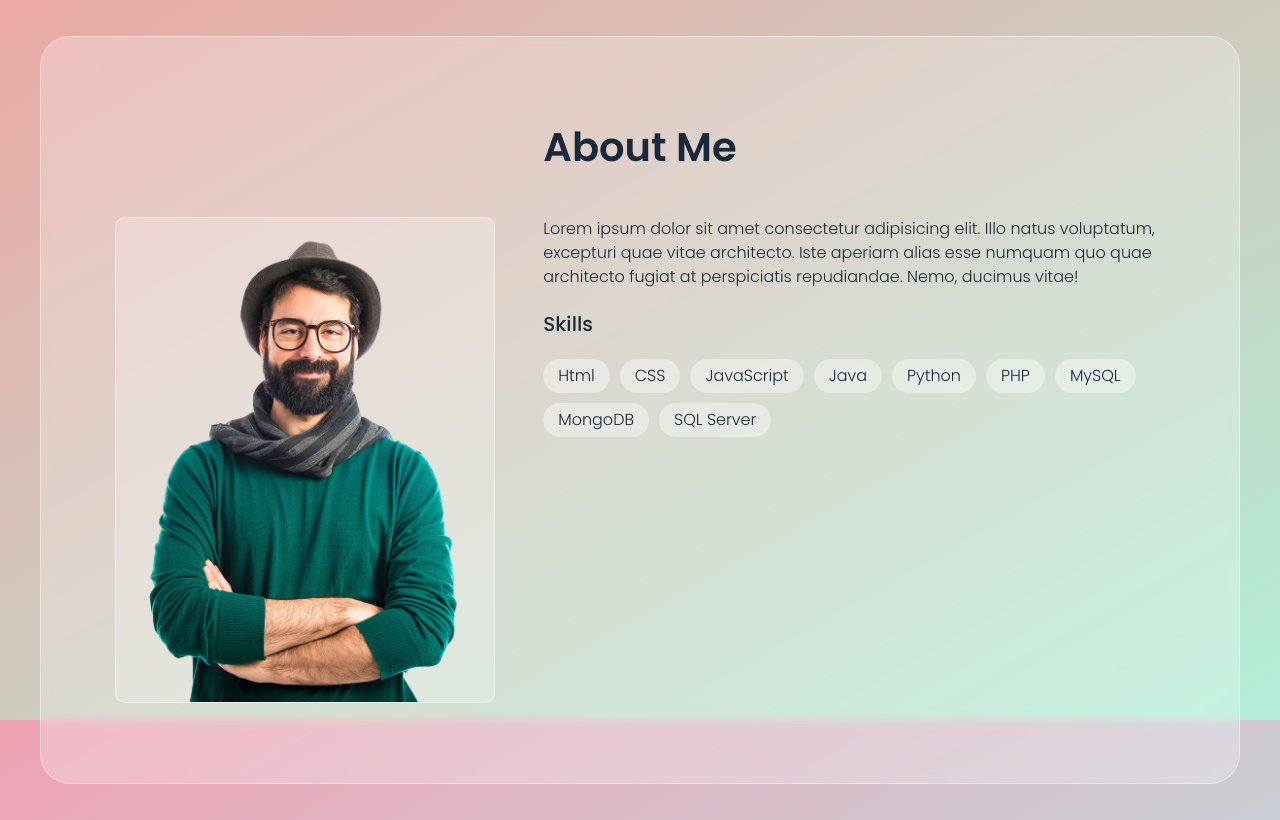
Repository: dewaary/Glassmorp-me
Page: index.html
An editor plug-in stored every save of this project. The page is shown before and after the next save, followed by the edit.
The browser window is 1280 px wide. The pictures show the whole page.
Backgrounds fixed to the window are drawn as part of the page.

Above is the page before, as saved 2021-05-25 22:28:34.
Not found: js/script,js

### index.html
<!DOCTYPE html>
<html lang="en">

<head>
    <meta charset="UTF-8">
    <meta http-equiv="X-UA-Compatible" content="IE=edge">
    <meta name="viewport" content="width=device-width, initial-scale=1.0">
    <link rel="stylesheet" href="style.css">
    <title>Document</title>
</head>

<body>
    <div class="main">
        <section class="home-section align-items-center hidden">
            <div class="container">
                <div class="row align-items-center">
                    <div class="home-text">
                        <p>Hello, I'm</p>
                        <h1>Dewa Ari</h1>
                        <h2>Full-Stack Web Developer</h2>
                        <a href="#" class="btn">more about me</a>
                        <a href="#" class="btn">portfolio</a>
                    </div>
                    <div class="home-img">
                        <div class="img-box">
                            <img src="img/profile-img.png" alt="profile-img">
                        </div>
                    </div>
                </div>
            </div>
        </section>

        <!-- About Section -->
        <section class="about-section sec-padding">
            <div class="container">
                <div class="row">
                    <div class="section-title">
                        <h2>About me</h2>
                    </div>
                </div>
                <div class="row">
                    <div class="about-img">
                        <div class="img-box">
                            <img src="img/about-img.png" alt="About Image">
                        </div>
                    </div>
                    <div class="about-text">
                        <p>Lorem ipsum dolor sit amet consectetur adipisicing elit. Illo natus voluptatum, excepturi
                            quae vitae architecto. Iste aperiam alias esse numquam quo quae architecto fugiat at
                            perspiciatis repudiandae. Nemo, ducimus vitae!</p>
                            <h3>Skills</h3>
                            <div class="skills">
                                <div class="skill-item">Html</div>
                                <div class="skill-item">CSS</div>
                                <div class="skill-item">JavaScript</div>
                                <div class="skill-item">Java</div>
                                <div class="skill-item">Python</div>
                                <div class="skill-item">PHP</div>
                                <div class="skill-item">MySQL</div>
                                <div class="skill-item">MongoDB</div>
                                <div class="skill-item">SQL Server</div>
                            </div>
                    </div>
                </div>
            </div>
        </section>

    </div>
    <script src="js/script,js"></script>
</body>

</html>

### style.css
/* Fonts */
@import url("https://fonts.googleapis.com/css2?family=Poppins:wght@300;400;500;600;700&display=swap");

/* Variables */

:root {
  --main-color: #e02f6b;
  --blue: #0000ff;
  --blue-dark: #18293c;
  --orange: #ffa500;
  --green-yellow: #cddc39;
  --pink-light: #efa2b4;
  --cyan-light: #aef1ee;
  --white: #ffffff;
  --white-alpha-40: rgba(255, 255, 255, 0.4);
  --white-alpha-25: rgba(255, 255, 255, 0.25);
  --backdrop-filter-blur: blur(5px);
}

* {
  box-sizing: border-box;
  padding: 0;
  margin: 0;
  outline: none;
}

::before,
::after {
  box-sizing: border-box;
}

body {
  min-height: 100vh;
  background-image: linear-gradient(
    to bottom right,
    var(--pink-light),
    var(--cyan-light)
  );
  background-attachment: fixed;
  font-size: 16px;
  font-family: "Poppins", sans-serif;
  font-weight: 300;
  color: var(--blue-dark);
  line-height: 1.5;
  overflow-x: hidden;
  -webkit-tap-highlight-color: transparent;
  padding: 5vh 15px;
}

body::before {
  content: "";
  position: fixed;
  left: 0;
  top: 0;
  height: 100%;
  width: 100%;
  background-color: var(--green-yellow);
  z-index: -1;
  opacity: 0.12;
}

a {
  text-decoration: none;
}

h1,
h2 {
  font-weight: 600;
}

h3,
h4,
h5,
h6 {
  font-weight: 500;
}

img {
  max-width: 100%;
  vertical-align: middle;
}

section {
  background-color: var(--white-alpha-25);
  border: 1px solid var(--white-alpha-40);
  min-height: 90vh;
  border-radius: 30px;
  backdrop-filter: var(--backdrop-filter-blur);
}

.main {
  max-width: 1200px;
  margin: auto;
}

.row {
  display: flex;
  flex-wrap: wrap;
}

.container {
  padding: 0 40px;
  width: 100%;
}

.align-items-center {
  align-items: center;
}

.hidden{
  display: none !important;
}

.sec-padding {
  padding: 80px 0;;
}

/* Section Tittle */
.section-title {
  padding: 0 15px;
  width: 100%;
  text-align: center;
  margin-bottom: 40px;
}

.section-title h2 {

  font-size: 40px;
  text-transform: capitalize;
}


/* Custome Scroolbar */

::-webkit-scrollbar{
  width: 5px;
}

::-webkit-scrollbar-track{
  background-color: var(--white);
}

::-webkit-scrollbar-thumb {
  background-color: var(--main-color);
}

/*
Buttons */

.btn {
  line-height: 1.5;
  background-color: var(--white-alpha-25);
  border: 1px solid var(--white-alpha-40);
  padding: 10px 28px;
  display: inline-block;
  border-radius: 30px;
  color: var(--main-color);
  font-weight: 500;
  text-transform: capitalize;
  font-family: inherit;
  font-size: 16px;
  cursor: pointer;
  user-select: none;
  position: relative;
  overflow: hidden;
  vertical-align: middle;
  transition: width 0.3s ease;
}

.btn::before {
  content: "";
  position: absolute;
  left: 0;
  top: 0;
  height: 100%;
  width: 0%;
  background-color: var(--main-color);
  z-index: -1;
  transition: width 0.3s ease;
}

.btn:hover::before {
  width: 100%;
}
.btn:hover {
  color: var(--white);
}

/*
Home Section */

.home-section {
  display: flex;
  padding: 120px 0;
}

.home-text,
.home-img {
  width: 50%;
  padding: 15px;
}

.home-text p {
  font-size: 15px;
}

.home-text h2 {
  font-size: 20px;
  text-transform: capitalize;
  font-weight: 300;
  margin: 0 0 30px;
}

.home-text .btn {
  margin: 0 15px 15px 0;
}

.home-text h1 {
  font-size: 50px;
  text-transform: capitalize;
}

.home-img .img-box {
  max-width: 360px;
  background-color: var(--white-alpha-25);
  border-radius: 50%;
  background-color: var(--white-alpha-25);
  margin: auto;
}

.home-img .img-box img {
  width: 100%;
  border-radius: 50%;
}


/* About Section */

.about-img{
  width: 40%;
  padding: 0 15px;
}

.about-text {
  width: 60%;
  padding: 0 15px;
}

.about-img .img-box {
  background-color: var(--white-alpha-25);
  max-width: 380px;
  border: 1px solid var(--white-alpha-40);
  margin: auto;
  border-radius: 10px;

}

.about-img .img-box img{
  width: 100%;
}

.about-text h3{
  text-transform: capitalize;
  font-size: 20px;
  margin: 20px 0;;
}

.about-text .skills {
  display: flex;
  flex-wrap: wrap;
}

.about-text .skill-item {
  background-color: var(--white-alpha-25);
  background-color: var(--white-alpha-40);
  padding: 5px 15px;
  text-transform: capitalize;
  margin: 0 10px 10px 0;
  border-radius: 20px;
}

After the next save:
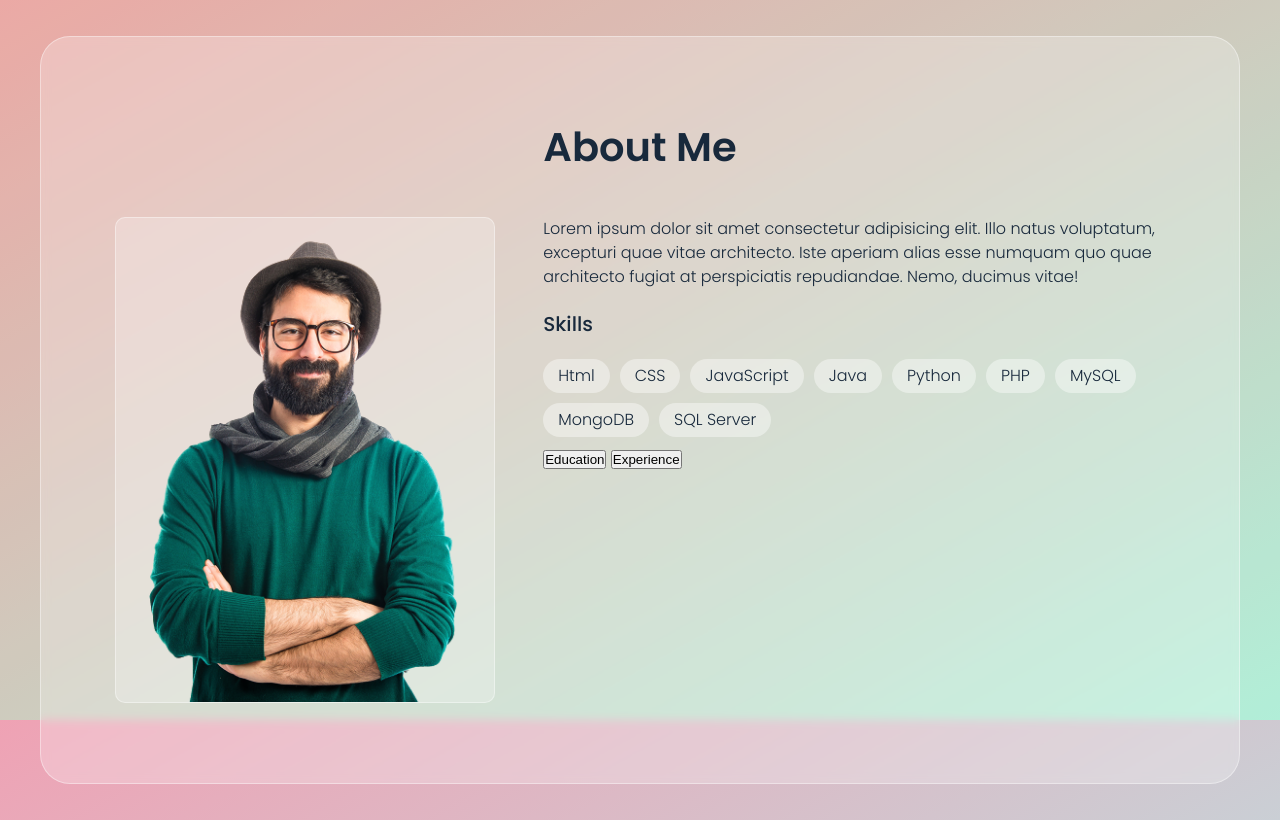
Saved 2 min 5 s later.
--- a/index.html
+++ b/index.html
@@ -60,6 +60,11 @@
                                 <div class="skill-item">MongoDB</div>
                                 <div class="skill-item">SQL Server</div>
                             </div>
+
+                            <div class="about-tabs">
+                                <button type="button" class="tab-item" data-target="#education">Education</button>
+                                <button type="button" class="tab-item" data-target="#experience">Experience</button>
+                            </div>
                     </div>
                 </div>
             </div>
